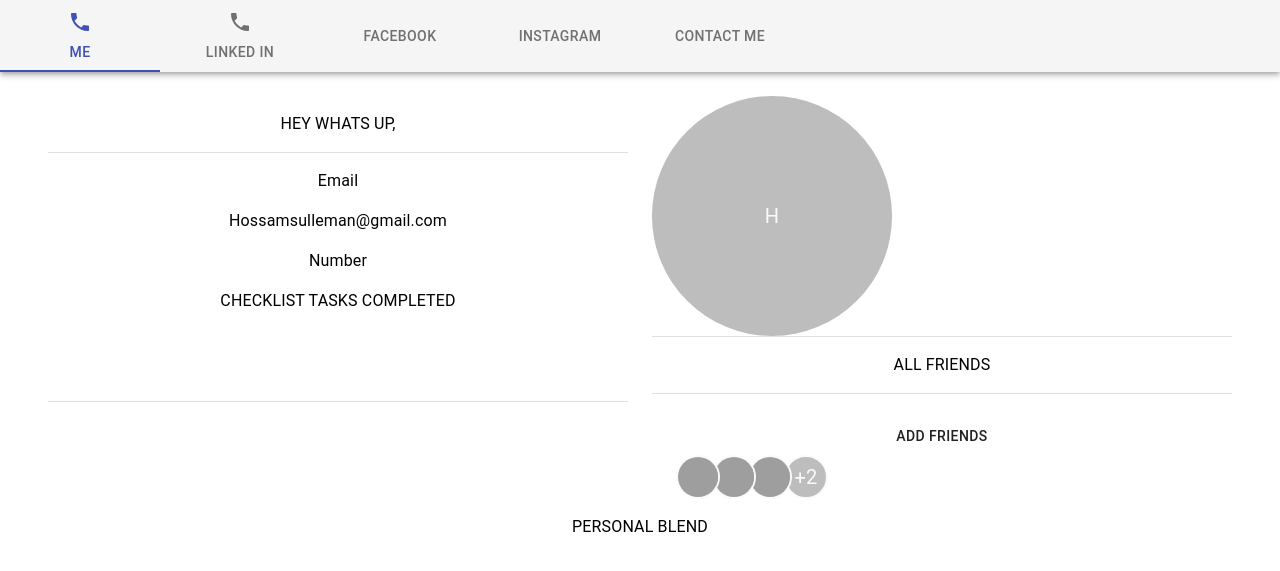
Repository: hossamsulleman1/CONTACTME
Page: / (app in my-app/)
These files come from the project's save history. The page is drawn as it stood at one moment and after the next save; the edit follows.
The browser window is 1280 px wide. The pictures show the whole page.
Pictures or frames that could not be fetched are drawn as grey boxes. The project was rebuilt for these pictures with package versions that can differ from the ones it lists, and the page was loaded fresh each time. Also part of the build but not shown: my-app/src/Components/PageProp.jsx.

Above is the page before, as saved 2020-11-08 10:43:31.

After the next save:
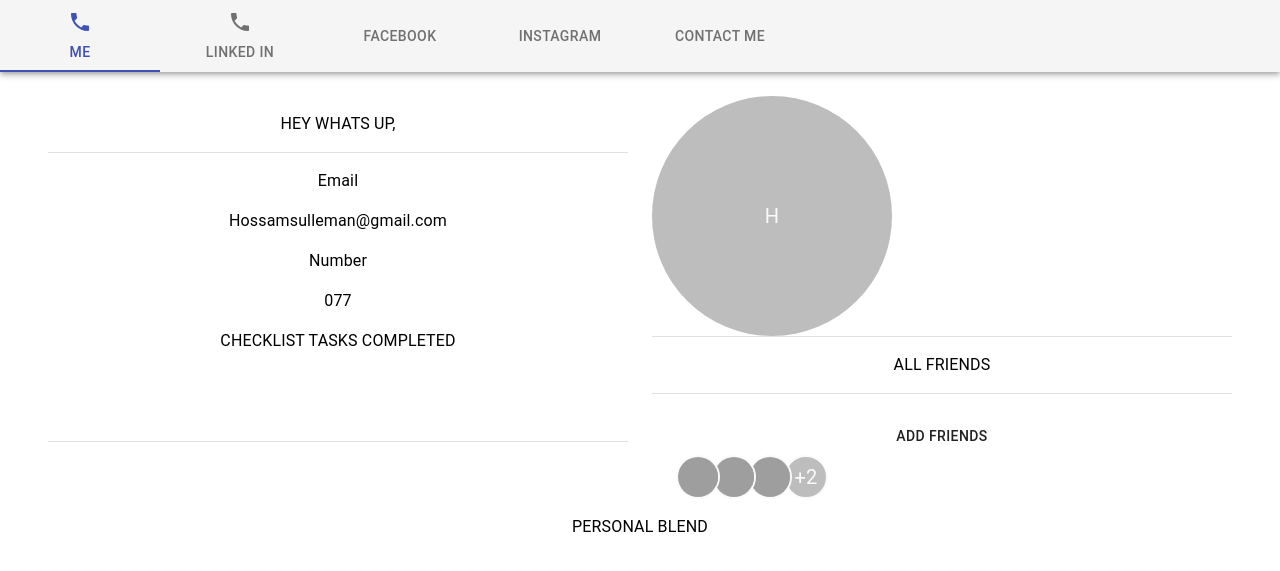
Saved 4 s later.
--- a/my-app/src/Components/ProfileFolder/Content.jsx
+++ b/my-app/src/Components/ProfileFolder/Content.jsx
@@ -46,7 +46,7 @@ function Content(props) {
             <p className="HomeTitleMedium">Email</p>
             <p>Hossamsulleman@gmail.com</p>
             <p className="HomeTitleMedium">Number</p>
-            <p>{props.HoursLogged}</p>
+            <p>077</p>
             <p className="HomeTitleMedium">CHECKLIST TASKS COMPLETED</p>
             <p>{props.TasksCompleted}</p>
           </div>
